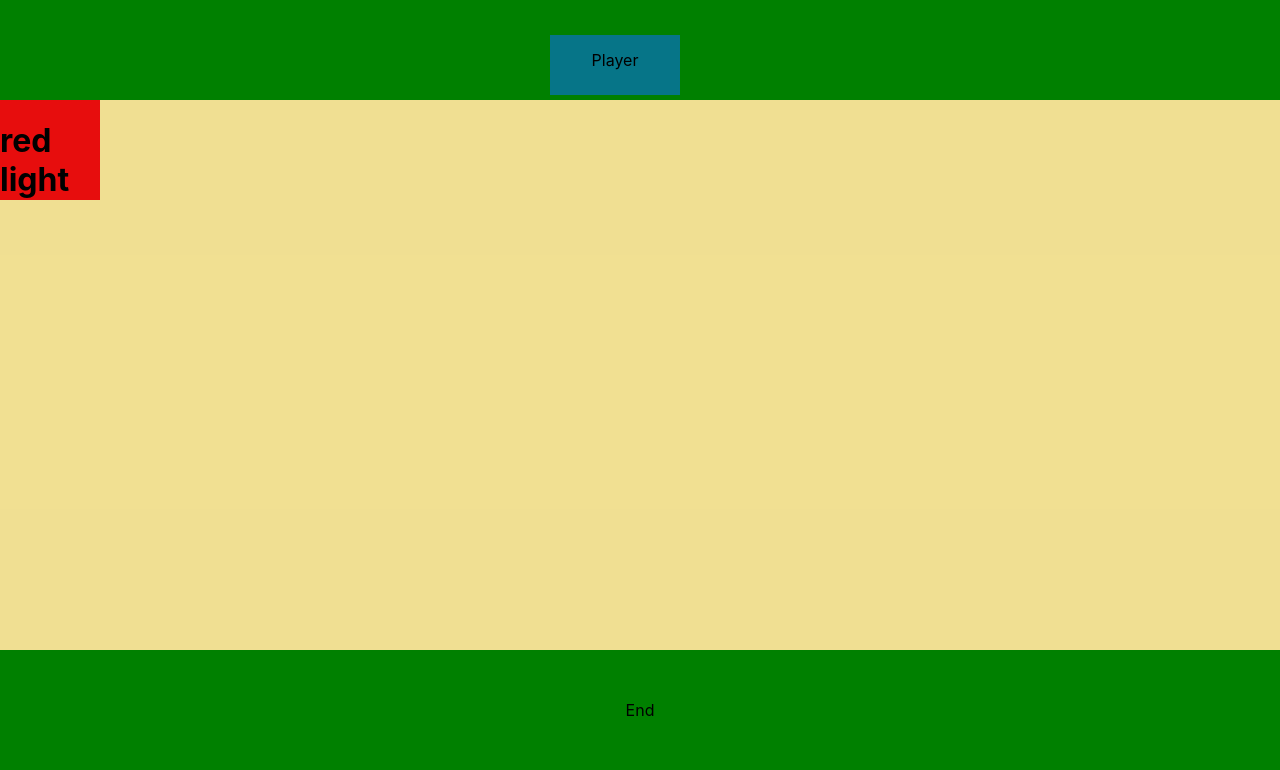
Repository: DerickT02/red-light-green-light
Page: /
An editor plug-in stored every save of this project. The page is shown before and after the next save, followed by the edit.
The browser window is 1280 px wide. The pictures show the whole page.
The project was rebuilt for these pictures with package versions that can differ from the ones it lists, and the page was loaded fresh each time.

Above is the page before, as saved 2021-11-22 08:02:41.

### src/App.js
import Player from './Player'
import Field from "./Field";


function App() {


  return (
    <div className="App">
     <Field player = {<Player />}/>

    </div>
  );
}

export default App;

### src/Player.js
import './Player.css'
import { useEffect, useRef } from 'react'




export default function Player(){





    function moveDown(element){
        if(element === null) return
        let playerStyle = window.getComputedStyle(element)
        let topValue = playerStyle.getPropertyValue('top').replace('px','')
        element.style.top = (Number(topValue) + 1) + 'px'
        console.log('Player is moved down')

    }

    function moveUp(element){
        if(element ===null) return
        let playerStyle = window.getComputedStyle(element)
        let topValue = playerStyle.getPropertyValue('top').replace('px','')
        element.style.top = (Number(topValue) - 1) + 'px'

    }

   window.addEventListener('keydown', (e) => {
       let currPlayer = document.getElementById('Player')
       console.log(currPlayer)
       if(e.code === 'ArrowDown'){
           moveDown(currPlayer)
           console.log(currPlayer)
           console.log(e.code)

       }

       if(e.code === 'ArrowUp'){
           moveUp(currPlayer)
       }
   })








    return(
    <div id= "Player">Player</div>
    )
}

### src/Field.js
import './Field.css'
import { useState } from 'react'





export default function Field({player}){
    const [light, setLight] = useState(true)

    function greenLight(){
        if(light === true){
            setLight(false)
            console.log(light)
        }
        else{
            setLight(true)
            console.log(light)
        }
    }


    window.setTimeout(greenLight, 5000)



    return(


        <div>
            <div className = {light ? 'green-light' : 'red-light'}><h1>{light ? 'green light' : 'red light'}</h1></div>
            <div className = "Field">
                <div className = "Start">{player}</div>
                <div className = "Middle"></div>
                <div className = "End">End</div>

            </div>
        </div>

    )
}

### src/Player.css
#Player {
  position: absolute;
  z-index: 1;
  width: 100px;
  height: 30px;
  padding: 15px;
  background-color: rgb(6, 117, 136);
  top: 35px;
  left: 550px;


}

### src/Field.css
.Field {
    text-align: center;
    width: 100%;
    height: 100%;
}

.End{
    padding: 50px;
    background-color: green;

}
.Middle{
    padding: 50px;
    background-color: rgba(240, 222, 140, 0.945);
    padding-top: 500px;

}

.Start{
    text-align: center;
    padding: 50px;
    background-color: green;

}

.green-light{
    width: 100px;
    height: 100px;
    background: rgb(13, 231, 13);
    z-index: 1;
    margin-top: 100px;
    position: fixed;
}

.red-light{
    width: 100px;
    height: 100px;
    background: rgb(231, 13, 13);
    z-index: 1;
    margin-top: 100px;
    position: fixed;
}

Loaded but not shown: public/index.html (common file); src/index.js (common file); src/index.css (common file)

After the next save:
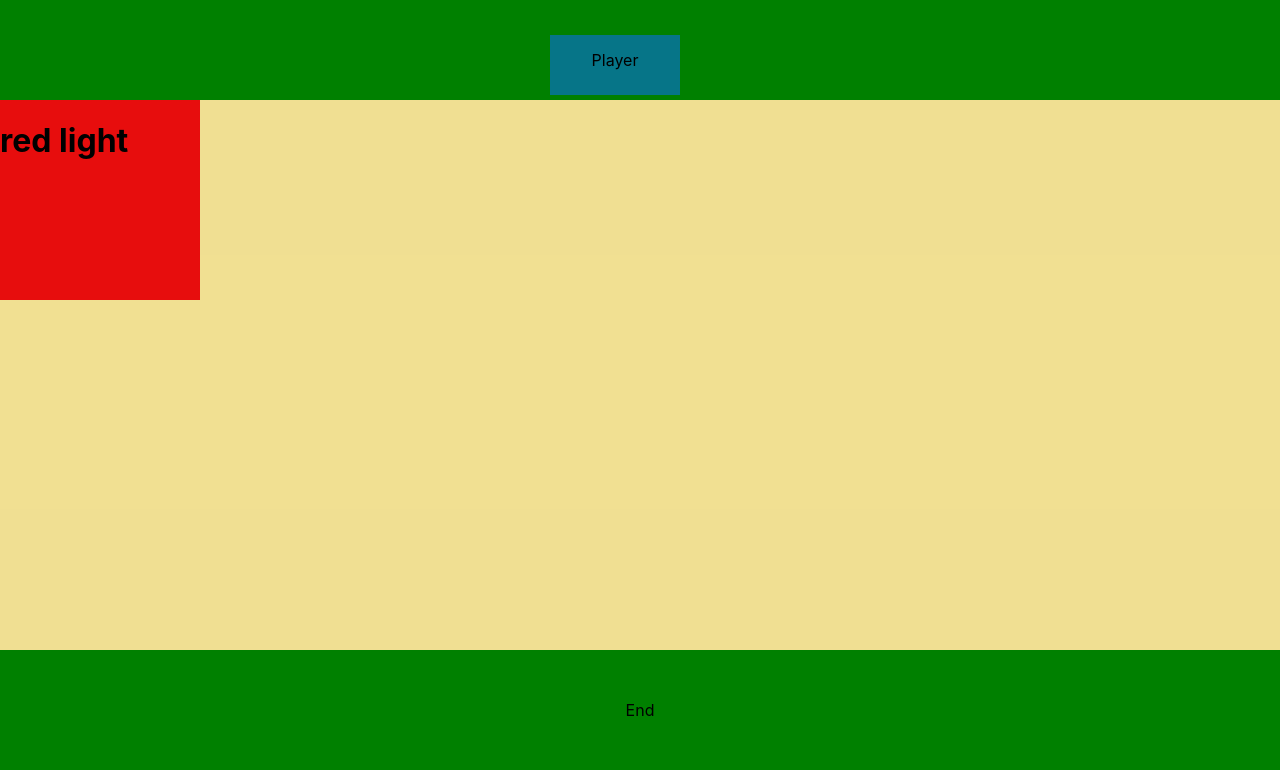
Saved 22 s later.
--- a/src/Field.css
+++ b/src/Field.css
@@ -33,8 +33,8 @@
 }
 
 .red-light{
-    width: 100px;
-    height: 100px;
+    width: 200px;
+    height: 200px;
     background: rgb(231, 13, 13);
     z-index: 1;
     margin-top: 100px;
